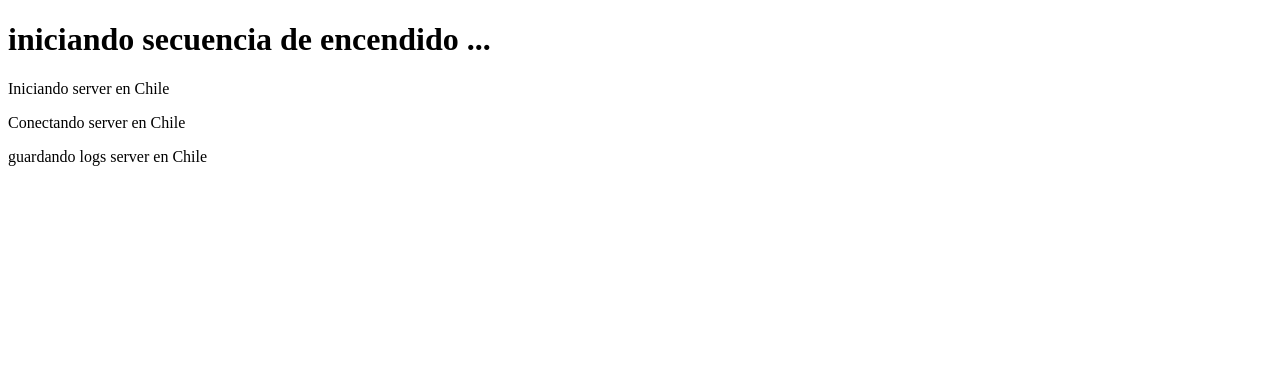
Repository: weertop/2DAW
Page: http://localhost/2patrones/commandPrueba.jsp
An editor plug-in stored every save of this project. The page is shown before and after the next save, followed by the edit.
The browser window is 1280 px wide. The pictures show the whole page.
The page is served by Tomcat 9. Other server files are loaded and not shown.

Above is the page before, as saved 2019-12-04 10:49:51.

### DWServidor/eclipse-workspace-photom/2patrones/WebContent/commandPrueba.jsp
<%@ page language="java" contentType="text/html; charset=UTF-8"
    pageEncoding="UTF-8"%>
<%@ page import="command.*" %>
<!DOCTYPE html>
<html>
<head>
<meta charset="UTF-8">
<title>Insert title here</title>
</head>
<body>
<%
	Command comando1 = null;
	Command comando2 = null;

	comando1 = new ArrancarServer(new ChileServer());
	comando2 = new ArrancarServer(new SpainServer());

	out.println(comando1.execute());
%>
</body>
</html>

### DWServidor/eclipse-workspace-photom/2patrones/src/command/IServer.java
package command;

//tener en cuenta que lo que va a devolver es HTML
public interface IServer {
	//comandos que hara el servidor web
	public String apgate();

	public String arrancate();

	public String conectate();

	public String desconectate();

	public String guardarLogs();

}

### DWServidor/eclipse-workspace-photom/2patrones/src/command/Command.java
package command;

public interface Command {

	//esta ejecutara el comando
	public String execute();
}

### DWServidor/eclipse-workspace-photom/2patrones/src/command/ArrancarServer.java
package command;

public class ArrancarServer implements Command{

	private IServer servidor;

	public ArrancarServer(IServer servidor) {
		this.servidor = servidor;
	}

	@Override
	public String execute() {
		String secuencia = "<h1> iniciando secuencia de encendido ...</h1>";
		secuencia+=servidor.arrancate();
		secuencia+=servidor.conectate();
		secuencia+=servidor.guardarLogs();

		return secuencia;
	}

}

### DWServidor/eclipse-workspace-photom/2patrones/src/command/ChileServer.java
package command;

public class ChileServer implements IServer{

	@Override
	public String apgate() {
		// TODO Auto-generated method stub
		return "<p> Apagando server en Chile</p>";
	}

	@Override
	public String arrancate() {
		// TODO Auto-generated method stub
		return "<p> Iniciando server en Chile</p>";
	}

	@Override
	public String conectate() {
		// TODO Auto-generated method stub
		return "<p> Conectando server en Chile</p>";
	}

	@Override
	public String desconectate() {
		// TODO Auto-generated method stub
		return "<p> desconectando server en Chile</p>";
	}

	@Override
	public String guardarLogs() {
		// TODO Auto-generated method stub
		return "<p> guardando logs server en Chile</p>";
	}

}

### DWServidor/eclipse-workspace-photom/2patrones/src/command/SpainServer.java
package command;

public class SpainServer implements IServer{

	@Override
	public String apgate() {
		// TODO Auto-generated method stub
		return "<p> Apagando server en Spain</p>";
	}

	@Override
	public String arrancate() {
		// TODO Auto-generated method stub
		return "<p> Iniciando server en Spain</p>";
	}

	@Override
	public String conectate() {
		// TODO Auto-generated method stub
		return "<p> Concectando server en Spain</p>";
	}

	@Override
	public String desconectate() {
		// TODO Auto-generated method stub
		return "<p> Desconectando server en Spain</p>";
	}

	@Override
	public String guardarLogs() {
		// TODO Auto-generated method stub
		return "<p> Guardando Logs server en Spain</p>";
	}

}

After the next save:
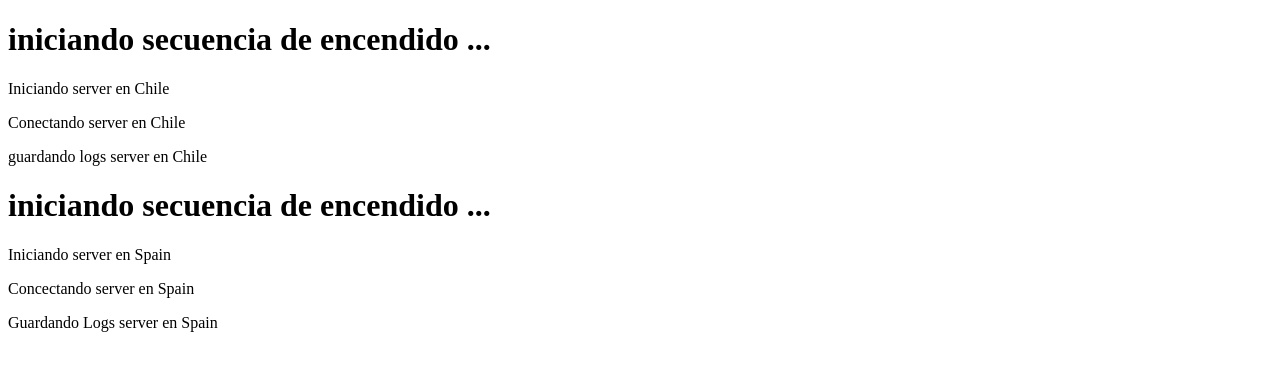
Saved 9 s later.
--- a/DWServidor/eclipse-workspace-photom/2patrones/WebContent/commandPrueba.jsp
+++ b/DWServidor/eclipse-workspace-photom/2patrones/WebContent/commandPrueba.jsp
@@ -16,6 +16,7 @@
 	comando2 = new ArrancarServer(new SpainServer());
 
 	out.println(comando1.execute());
+	out.println(comando2.execute());
 %>
 </body>
 </html>
